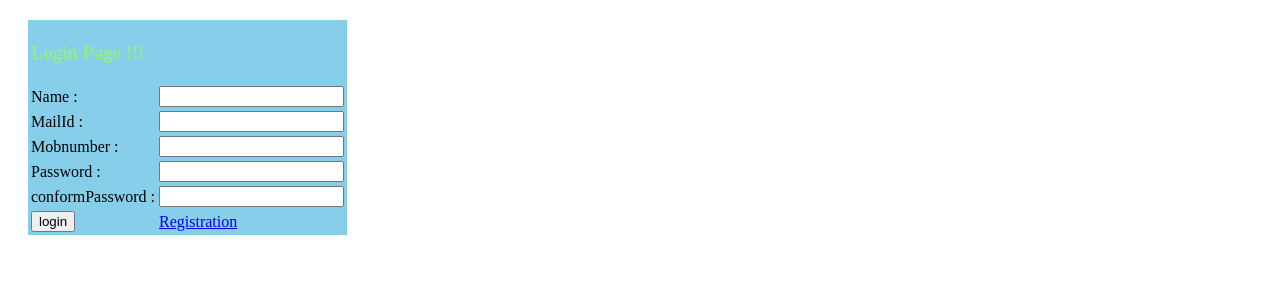
Repository: priyagund/jspServlet
Page: http://localhost/MyFirstLogin/register.jsp
The author's editor kept a copy of each file at every save. The page is drawn from the files as they stood at one save, then again after the next save.
The browser window is 1280 px wide. The pictures show the whole page.
The page is served by Tomcat 9. Other server files are loaded and not shown.

Above is the page before, as saved 2019-10-10 06:16:17.

### MyFirstLogin/WebContent/register.jsp
<%@ page language="java" contentType="text/html; charset=UTF-8"
    pageEncoding="UTF-8"%>
<!DOCTYPE html>
<html>
<head>
<meta charset="UTF-8">
<title>Insert title here</title>
</head>
<body>
<form action="login" method="post">
	<table  style = "background-color: skyblue; margin-left:20px; margin-top:20px;">

		<tr>
			<td><h3 style="color: lightgreen">Login Page !!!</h3></td>
		</tr>

		<tr>
			<td>Name :</td>
			<td><input type="text" name="name"></td>
		</tr>
		<tr>
			<td>MailId :</td>
			<td><input type="text" name="name"></td>
		</tr>
		<tr>
			<td>Mobnumber :</td>
			<td><input type="text" name="name"></td>
		</tr>

		<tr>
			<td>Password :</td>
			<td><input type="password" name="password"></td>
		</tr>
		<tr>
			<td>conformPassword :</td>
			<td><input type="password" name="password1"></td>
		</tr>
		<tr>
			<td><input type="submit" name="submit" value="login"></td>
			<td><a href="register.jsp">Registration</a></td>
		</tr>
	</table>

	</form>
</body>
</html>

After the next save:
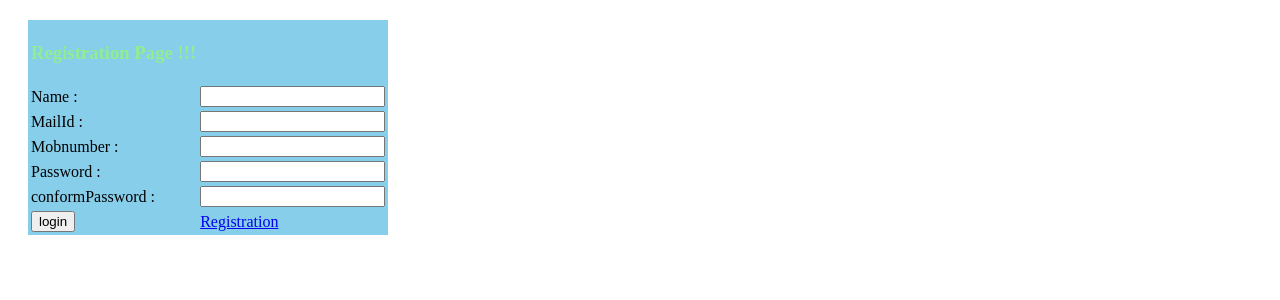
Saved 10 min 0 s later.
--- a/MyFirstLogin/WebContent/register.jsp
+++ b/MyFirstLogin/WebContent/register.jsp
@@ -11,7 +11,7 @@
 	<table  style = "background-color: skyblue; margin-left:20px; margin-top:20px;">
 
 		<tr>
-			<td><h3 style="color: lightgreen">Login Page !!!</h3></td>
+			<td><h3 style="color: lightgreen">Registration Page !!!</h3></td>
 		</tr>
 
 		<tr>
